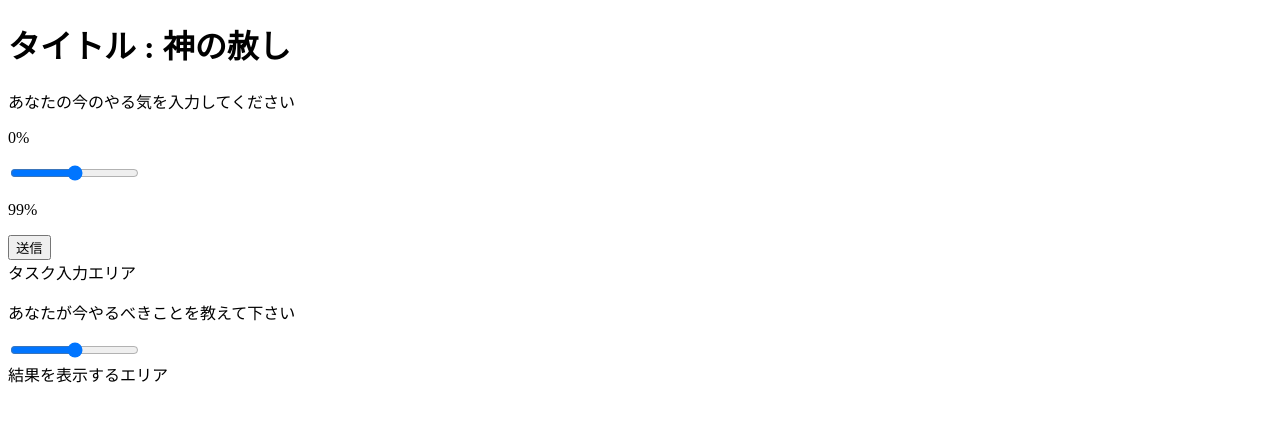
Repository: masa0306/god_forgiveness
Page: index.html
These files come from the project's save history. The page is drawn as it stood at one moment and after the next save; the edit follows.
The browser window is 1280 px wide. The pictures show the whole page.

Above is the page before, as saved 2024-05-14 23:09:04.

### index.html
<!DOCTYPE html>
<html lang="en">
<head>
    <meta charset="UTF-8">
    <meta name="viewport" content="width=device-width, initial-scale=1.0">
    <title>Document</title>
</head>
<body>
<!-- タイトルトップ -->
<!-- 神の許しを請うボタンを設置し、それを押すと始まるイメージ -->
    <div><h1>タイトル : 神の赦し</h1></div>
    <!-- やる気を入力するエリア -->
    <div>
        <p>あなたの今のやる気を入力してください</p>
        <p>0%</p>
        <input type="range" name="motivation" min="0" max="99" id="motivationValue">
        <p>99%</p>
        <button id="sendMotivation">送信</button>
    </div>

    <div>タスク入力エリア</div>
        <p>あなたが今やるべきことを教えて下さい</p>
        <input type="range" name="motivation" min="0" max="99" id="motivationValue">

    <div>結果を表示するエリア</div>
    <script src="https://ajax.googleapis.com/ajax/libs/jquery/3.7.0/jquery.min.js"></script>
    <script src="/js/script.js"></script>

</body>
</html>

### js/script.js
// やる気の取得
function motivation() {
    $('#sendMotivation').on("click",function(){
        motivation=$("#motivationValue").val()
        console.log(motivation);
    })
};

$(document).ready(function() {
    motivation();
});

After the next save:
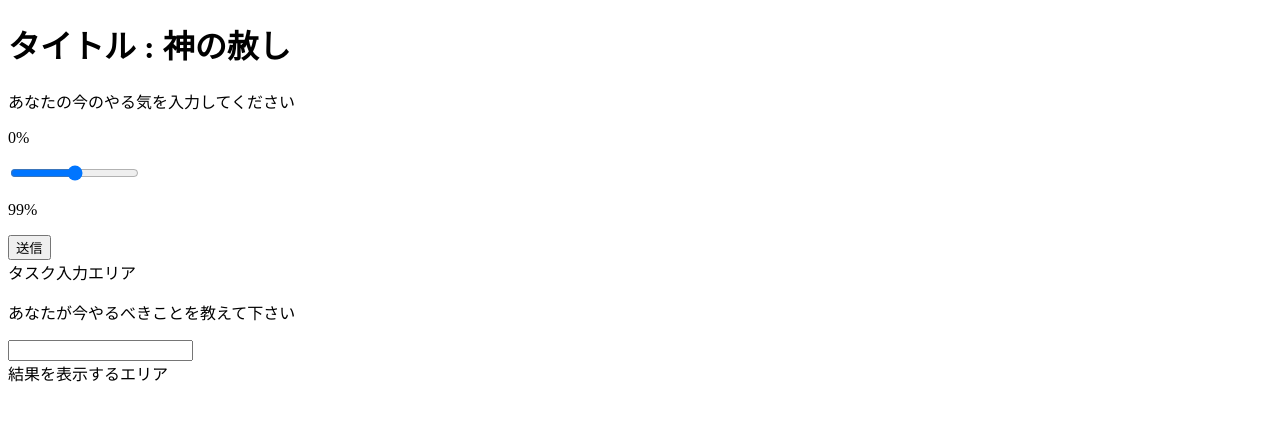
Saved 7 s later.
--- a/index.html
+++ b/index.html
@@ -20,7 +20,7 @@
 
     <div>タスク入力エリア</div>
         <p>あなたが今やるべきことを教えて下さい</p>
-        <input type="range" name="motivation" min="0" max="99" id="motivationValue">
+        <input type="" name="motivation" min="0" max="99" id="motivationValue">
 
     <div>結果を表示するエリア</div>
     <script src="https://ajax.googleapis.com/ajax/libs/jquery/3.7.0/jquery.min.js"></script>
